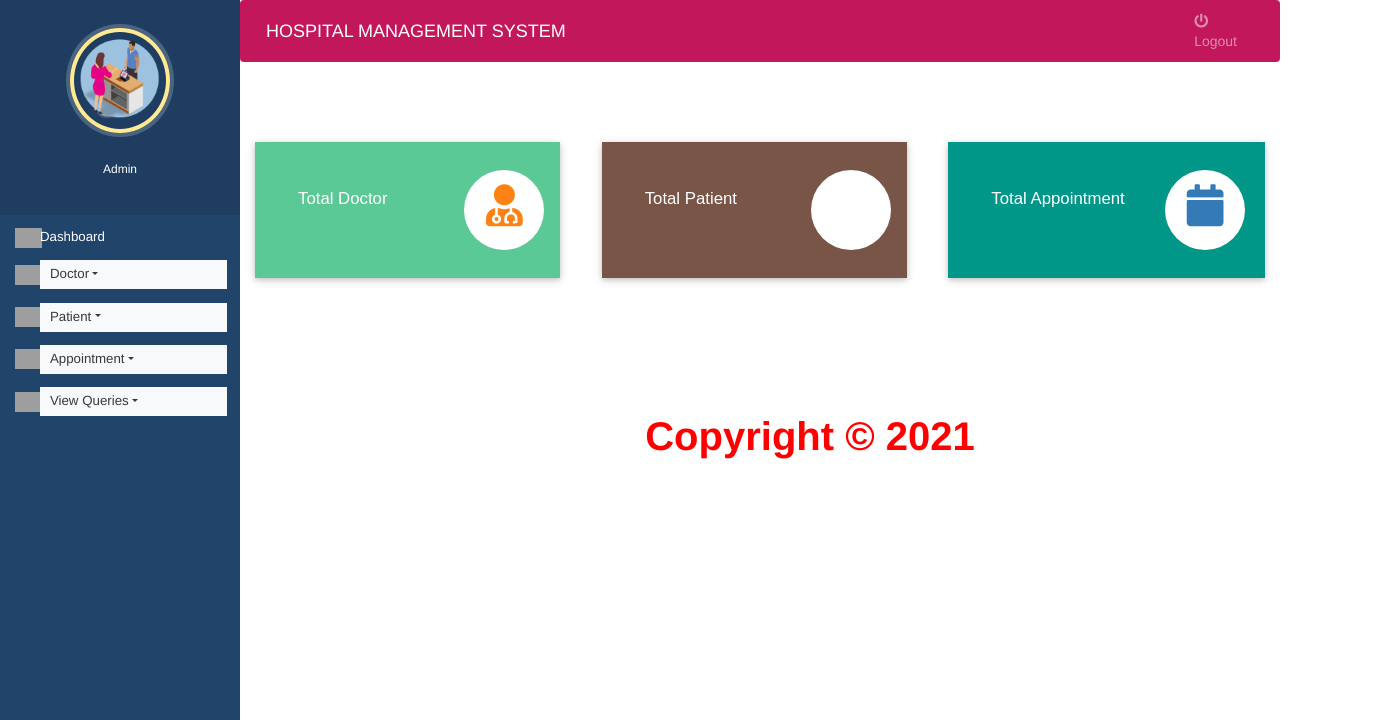
Repository: Rojinachhetri/HospitalManagementsystem
Page: hospitals/templates/admin_home.html
An editor plug-in stored every save of this project. The page is shown before and after the next save, followed by the edit.
The browser window is 1280 px wide. The page is 1380 px wide, then 1280 px, so the pictures cover 1380 px, including what lies to the right of the window. The pictures show the whole page.
Pictures or frames that could not be fetched are drawn as grey boxes. Some web libraries are served in a nearby version. The page is served by the project's application, run on Django 3.2 (manage.py). The template is opened directly, without the code that normally fills it, so the values that code supplies are empty.

Above is the page before, as saved 2023-07-15 21:24:21.

After the next save:
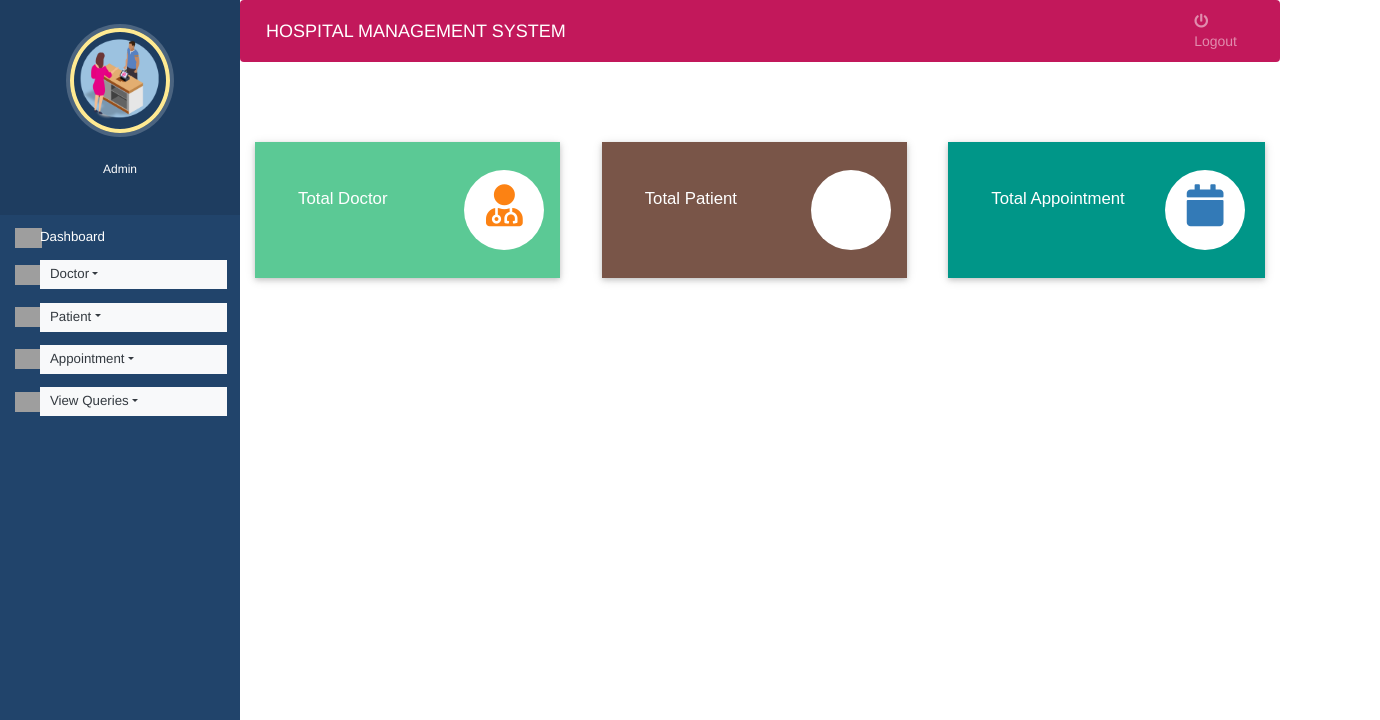
Saved 20 s later.
--- a/hospitals/templates/admin_home.html
+++ b/hospitals/templates/admin_home.html
@@ -198,15 +198,7 @@
     </div>
 
     <br><br><br><br><br>
-    <footer class="container mt-5 text-center">
-        <p style="font-size: 30pt; color: red; font-weight: bold">
-            Copyright &copy;
-            <script>
-                document.write(new Date().getFullYear());
-            </script>
-
-
-    </footer>
+
 
 </body>
 
